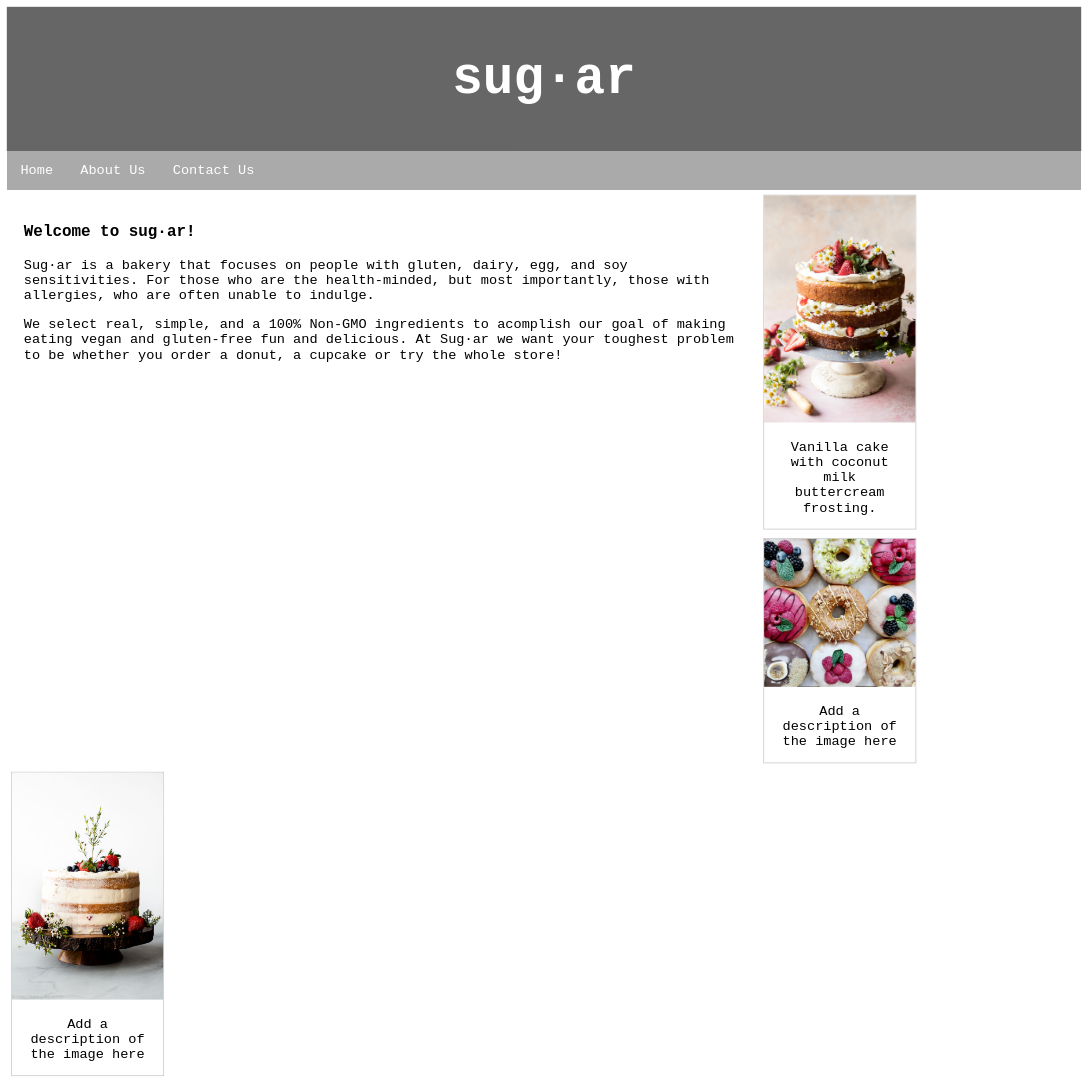
Repository: lavaghimire/lavaghimire.github.io
Page: WEBSITE/website.html
The author's editor kept a record of every edit. The page is drawn from the files as they stood at one moment, then again after the next edit.
The browser window is 1280 px wide. The pictures show the whole page, at 85% of full size.

Above is the page before.

### WEBSITE/website.html
<!DOCTYPE html>
<html lang="en">
<head>
<meta charset="utf-8">
<meta name="viewport" content="width=device-width, initial-scale=1">
<style>
* {
  box-sizing: border-box;
}

body {
  font-family:  Courier New;
}

/* Start of gallery */

div.gallery {
  margin: 5px;
  border: 1px solid #ccc;
  float: left;
  width: 180px;
}

div.gallery:hover {
  border: 1px solid #777;
}

div.gallery img {
  width: 100%;
  height: auto;
}

div.desc {
  padding: 15px;
  text-align: center;
}
/* end of gallery */

/* Style the header */
header {
  background-color: #666;
  padding: 1px;
  text-align: center;
  font-size: 40px;
  color: white;
}

/* nav bar starts here */
ul {
  list-style-type: none;
  margin: 0;
  padding: 0;
  overflow: hidden;
  background-color: #aaa;
  position: -webkit-sticky; /* Safari */
  position: sticky;
  top: 0;

}

li {
  float: left;
}

li a {
  display: block;
  color: white;
  text-align: center;
  padding: 14px 16px;
  text-decoration: none;
}

li a:hover {
  background-color: #111;
}

.active {
  background-color: #aaa;
}
/* nav bar ends here */

/* Clear floats after the columns */
section:after {
  content: "";
  display: table;
  clear: both;
}
article {
  float: left;
  padding: 20px;
  width: 70%;
  background-color: white;
  height: 600px; /* only for demonstration, should be removed */

}
</style>
</head>
<body>
<section>

<header>
  <h2>sug·ar</h2>

</header>

<ul>
  <li><a class="active" href="#home">Home</a></li>
  <li><a href="#news">About Us</a></li>
  <li><a href="#contact">Contact Us</a></li>
</ul>



  <article>
    <h1>Welcome to sug·ar!</h1>
    <p>Sug·ar is a bakery that focuses on people with gluten, dairy, egg, and soy sensitivities. For those who are
    the health-minded, but most importantly, those with allergies, who are often unable to indulge.</p>
    <p>We select real, simple, and a 100% Non-GMO ingredients to acomplish our goal of making eating vegan
    and gluten-free fun and delicious. At Sug·ar we want your toughest problem to be whether you order a donut, a cupcake or try the whole store! </p>
  </article>

  <div class="gallery">
  <a target="_blank" href="cake.jpg">
    <img src="cake.jpg" alt="Cinque Terre" width="600" height="400">
  </a>
  <div class="desc">Vanilla cake with coconut milk buttercream frosting.</div>
</div>

<div class="gallery">
  <a target="_blank" href="donuts.jpg">
    <img src="donuts.jpg" alt="Northern Lights" width="600" height="400">
  </a>
   <div class="desc">Add a description of the image here</div>
</div>

<div class="gallery">
  <a target="_blank" href="naked-cake-2.jpg">
    <img src="naked-cake-2.jpg" alt="Cake" width="600" height="400">
  </a>
  <div class="desc">Add a description of the image here</div>
</div>



</section>



</body>
</html>

After the next edit:
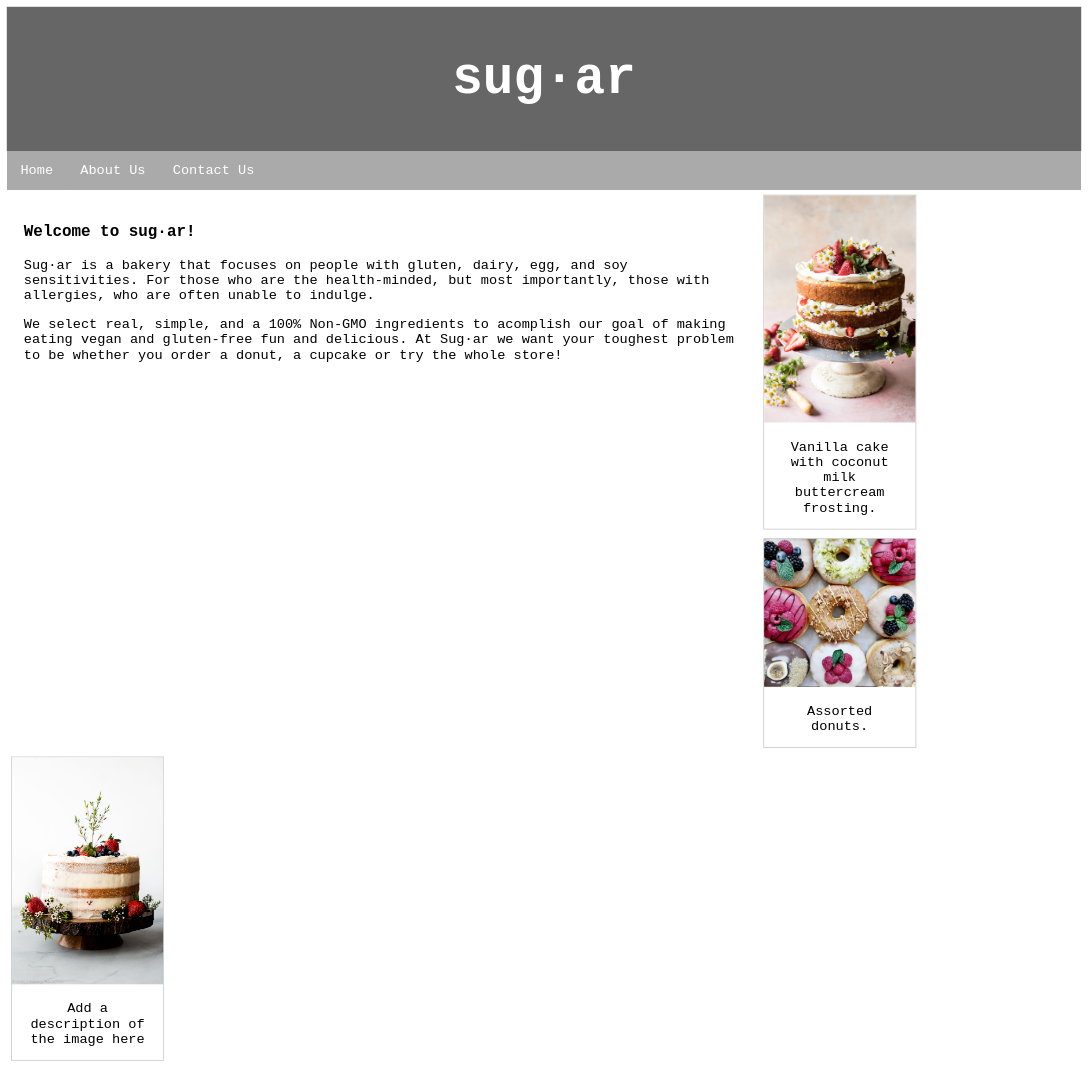
The edit:
--- a/WEBSITE/website.html
+++ b/WEBSITE/website.html
@@ -130,7 +130,7 @@
   <a target="_blank" href="donuts.jpg">
     <img src="donuts.jpg" alt="Northern Lights" width="600" height="400">
   </a>
-   <div class="desc">Add a description of the image here</div>
+   <div class="desc">Assorted donuts.</div>
 </div>
 
 <div class="gallery">
